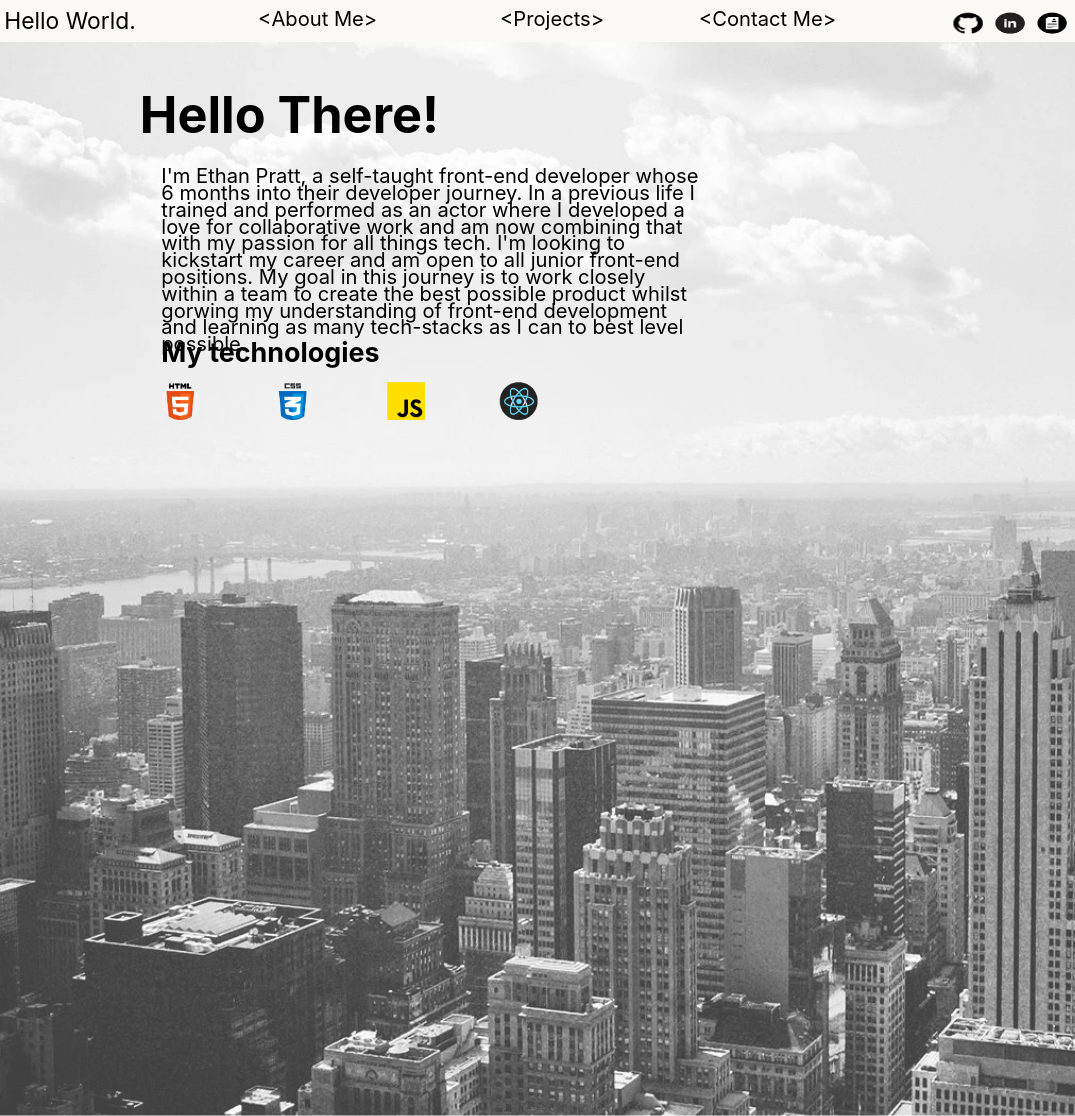
Repository: ghend99/website_ethan_pratt
Page: /about
These files come from the project's save history. The page is drawn as it stood at one moment and after the next save; the edit follows.
The browser window is 1280 px wide. The pictures show the whole page, at 84% of full size.
The project was rebuilt for these pictures with package versions that can differ from the ones it lists, and the page was loaded fresh each time. Also part of the build but not shown: src/pages/home.js, src/pages/project.js, src/css/contact.css, src/pages/contact.js.

Above is the page before, as saved 2023-04-03 12:10:06.

### public/index.html
<!DOCTYPE html>
<html lang="en">
  <head>
    <meta charset="utf-8" />
    <link rel="icon" href="%PUBLIC_URL%/favicon.ico" />
    <meta name="viewport" content="width=device-width, initial-scale=1" />
    <meta name="theme-color" content="#000000" />
    <meta
      name="description"
      content="Web site created using create-react-app"
    />
    <link rel="apple-touch-icon" href="%PUBLIC_URL%/logo192.png" />
    <!--
      manifest.json provides metadata used when your web app is installed on a
      user's mobile device or desktop. See https://developers.google.com/web/fundamentals/web-app-manifest/
    -->
    <link rel="manifest" href="%PUBLIC_URL%/manifest.json" />
    <!--
      Notice the use of %PUBLIC_URL% in the tags above.
      It will be replaced with the URL of the `public` folder during the build.
      Only files inside the `public` folder can be referenced from the HTML.

      Unlike "/favicon.ico" or "favicon.ico", "%PUBLIC_URL%/favicon.ico" will
      work correctly both with client-side routing and a non-root public URL.
      Learn how to configure a non-root public URL by running `npm run build`.
    -->
    <title>Ethan Pratt | Junior Front-End Developer</title>
  </head>
  <body>
    <noscript>You need to enable JavaScript to run this app.</noscript>
    <div id="root"></div>
    <!--
      This HTML file is a template.
      If you open it directly in the browser, you will see an empty page.

      You can add webfonts, meta tags, or analytics to this file.
      The build step will place the bundled scripts into the <body> tag.

      To begin the development, run `npm start` or `yarn start`.
      To create a production bundle, use `npm run build` or `yarn build`.
    -->
  </body>
</html>

### src/App.js
import { BrowserRouter as Router, Routes, Route } from "react-router-dom";
import { Home } from "./pages/home";
import { About } from "./pages/about.js";
import { Project } from "./pages/project.js";
import { Contact } from "./pages/contact.js";

function App() {
  return (
    <div className="App">
      <Router>
        <Routes>
          <Route path="/" element={<Home />} />
          <Route path="/projects" element={<Project />} />
          <Route path="/about" element={<About />} />
          <Route path="/contact" element={<Contact />} />
        </Routes>
      </Router>
    </div>
  );
}

export default App;

### src/pages/about.js
import "../css/about.css";
import { Header } from "../components/header.js";
import html from "../images/html.png";
import css from "../images/css.png";
import javascript from "../images/javascript.png";
import react from "../images/react.png";

export const About = () => {
  return (
    <div className="bg">
      <Header />
      <div className="about-container">
        {/* Infomration Container */}
        <div className="info-container">
          <section className="about">
            <h1 className="about-header">Hello There!</h1>
            <p className="about-paragraph">
              I'm Ethan Pratt, a self-taught front-end developer whose 6 months
              into their developer journey. In a previous life I trained and
              performed as an actor where I developed a love for collaborative
              work and am now combining that with my passion for all things
              tech. I'm looking to kickstart my career and am open to all junior
              front-end positions. My goal in this journey is to work closely
              within a team to create the best possible product whilst gorwing
              my understanding of front-end development and learning as many
              tech-stacks as I can to best level possible.
            </p>
          </section>
        </div>

        {/* Technology Container */}
        <div id="technology-container">
          <h2 className="technology-header">My technologies</h2>
          <img
            className="stack-html"
            id="stack-icon"
            src={html}
            alt="html logo"
          />
          <img className="stack-css" id="stack-icon" src={css} alt="css-logo" />
          <img
            className="stack-javascript"
            id="stack-icon"
            src={javascript}
            alt="javascript-logo"
          />
          <img
            className="stack-react"
            id="stack-icon"
            src={react}
            alt="react-logo"
          />
        </div>
      </div>
    </div>
  );
};

### src/components/header.js
import React, { useState } from "react";
import { Link } from "react-router-dom";
import "../css/header.css";
import github from "../images/github.png";
import linkedin from "../images/linkedin.png";
import resume from "../images/resume.png";
import menu from "../images/menu.png";

export const Header = () => {
  return (
    <div className="header-container">
      <Link className="header-title" to="/">
        Hello World.
      </Link>
      <Link id="header-nav" className="header-projects" to="/projects">
        &lt;Projects&gt;
      </Link>
      <Link id="header-nav" className="header-about" to="/about">
        &lt;About Me&gt;
      </Link>
      <Link id="header-nav" className="header-contact" to="/contact">
        &lt;Contact Me&gt;
      </Link>
      <a href="https://github.com/ghend99" target={"_blank"}>
        <img id="header-socials" className="header-github" src={github} />
      </a>
      <a href="https://www.linkedin.com/in/ethanapratt/" target={"_blank"}>
        <img id="header-socials" className="header-linkedin" src={linkedin} />
      </a>
      <a
        href="https://acrobat.adobe.com/link/review?uri=urn:aaid:scds:US:74a2b676-94fc-39cd-90a1-4f5be50c7792"
        target={"_blank"}
      >
        <img id="header-socials" className="header-resume" src={resume} />
      </a>

      <div className="header-socials-list">
        <a href="https://github.com/ghend99" target={"_blank"}>
          <p className="header-socials-text">Github</p>
        </a>
        <a href="https://www.linkedin.com/in/ethanapratt/" target={"_blank"}>
          <p className="header-socials-text">LinkedIn</p>
        </a>
        <a href="https://www.linkedin.com/in/ethanapratt/" target={"_blank"}>
          <p className="header-socials-text">Resume</p>
        </a>
      </div>
    </div>
  );
};

### src/css/home.css
@import url("https://fonts.googleapis.com/css2?family=Bitter&display=swap");

#center-container {
  position: relative;
  max-width: 25%;
  min-width: 500px;
  height: 20%;
  border-bottom: solid;
  /* background-color: aqua; */
  margin-left: auto;
  margin-right: auto;
  top: 10%;
  text-align: center;
  padding: 70px 0;
}

.home-name {
  top: 0;
  font-size: 50px;
  font-weight: bold;
}

.home-job-title {
  font-size: 32px;
  font-family: "Bitter";
}

.home-resume,
.home-github,
.home-linkedin {
  position: absolute;
  bottom: -50px;
  text-decoration: none;
  color: black;
  font-size: 20px;
  font-weight: bold;
  height: 50px;
  padding-bottom: 10px;
}

.home-resume:hover,
.home-github:hover,
.home-linkedin:hover {
  border-bottom: solid;
}

.home-github {
  left: 0;
}

.home-linkedin {
  left: 45%;
}

.home-resume {
  right: 0;
}

### src/css/about.css
.about-container {
  position: relative;
  max-width: 100%;
  min-width: 600px;
  max-height: 100%;
  min-height: 550px;
  /* background-color: lightyellow; */
}

.info-container {
  position: relative;
  max-width: 100%;
  min-width: 530px;
  max-height: 100%;
  min-height: 420px;
  top: 50px;
  /* background-color: lightgreen; */
}

.about-header {
  position: absolute;
  /* display: inline-block; */
  left: 13%;
  margin: 0;
  font-size: 60px;
}

.about-paragraph {
  position: absolute;
  top: 100px;
  left: 15%;
  max-width: 50%;
  min-width: 40%;
  margin: 0;
  font-size: 24px;
  line-height: 20px;
}

#technology-container {
  position: relative;
  bottom: 70px;
  max-width: 70%;
  min-width: 40%;
  max-height: 100%;
  min-height: 150px;
  left: 15%;
  margin: 0;
  /* background-color: lightblue; */
}

.technology-header {
  position: absolute;
  margin: 0;
  font-size: clamp(2rem, 1vw, 4rem);
}

#stack-icon {
  position: absolute;
  top: 55px;
  width: 5%;
}

.stack-html {
  left: 0;
}

.stack-css {
  left: 15%;
}

.stack-javascript {
  left: 30%;
}

.stack-react {
  left: 45%;
}

@media screen and (min-width: 0) and (max-width: 1230px) {
  #technology-container {
    top: 20px;
  }
}

@media screen and (min-width: 0) and (max-width: 970px) {
  #technology-container {
    top: 80px;
  }
}

@media screen and (min-width: 0) and (max-width: 724px) {
  #technology-container {
    top: 100px;
  }
}

@media screen and (min-width: 0) and (max-width: 705px) {
  #technology-container {
    top: 120px;
  }
}

### src/css/header.css
@import url("https://fonts.googleapis.com/css2?family=Bitter&display=swap");

.header-socials-text {
  color: black;
  text-decoration: none;
  border-bottom: none;
}

.header-container {
  position: relative;
  display: flex;
  flex-direction: row;
  max-width: 100%;
  min-width: 530px;
  max-height: 200px;
  min-height: 50px;
  background-color: #faf9f6;
  /* padding-top: 20px; */
}

.header-title {
  position: absolute;
  left: 5px;
  margin: 0;
  margin-right: clamp(20px, 50px, 30px);
  font-size: clamp(1rem, 4vw, 1.7rem);
  top: 8px;
  text-decoration: none;
  color: black;
}

#header-nav {
  position: absolute;
  display: flex;
  font-size: clamp(1rem, 4vw, 1.5rem);
  margin: 0;
  margin-right: clamp(20px, 50px, 30px);
  top: 8px;
}

.header-projects {
  left: clamp(30%, 46.5%, 60%);
  text-decoration: none;
  color: black;
}

.header-about {
  margin: 0;
  margin-left: 50px;
  margin-right: 100px;
  left: clamp(5px, 24%, 55%);
  text-decoration: none;
  color: black;
}

.header-contact {
  left: clamp(20%, 65%, 70%);
  text-decoration: none;
  color: black;
}

#header-socials {
  max-width: 11%;
  min-width: 35px;
  max-height: 50%;
  min-height: 10px;
  top: 15px;
  cursor: pointer;
}

#header-nav:hover {
  border-bottom: solid;
}

.header-github {
  position: absolute;
  right: clamp(10px, 12%, 110px);
}

.header-linkedin {
  position: absolute;
  right: clamp(5px, 10%, 60px);
}

.header-resume {
  position: absolute;
  right: clamp(10px, 10%, 10px);
}

.bg {
  position: relative;
  max-width: 100%;
  min-width: 650px;
  height: 100vh;
  min-height: 83rem;
  background-size: cover;
  background-repeat: no-repeat;
  background-position: center center;
}

.bg::before {
  content: "";
  background-image: url(../images/background-image.jpg);
  background-size: cover;
  position: absolute;
  top: 0px;
  right: 0px;
  bottom: 0px;
  left: 0px;
  opacity: 0.75;
}

.header-socials-list {
  position: absolute;
  right: 10px;
  top: 50px;
  font-size: 12px;
  font-weight: bold;
  font-family: "Bitter";
  color: black;
  opacity: 0;
  transition: all 0.2s;
}

@media screen and (min-width: 0) and (max-width: 1028px) {
  #header-socials {
    display: none;
  }

  .header-socials-list {
    opacity: 1;
  }
}

@media screen and (min-width: 0) and (max-width: 612px) {
  #header-nav {
    top: 13px;
    font-size: 22px;
  }

  .header-socials-menu {
    top: 15px;
    right: 10px;
    width: 20px;
    height: 20px;
  }
}

@media screen and (min-width: 0) and (max-width: 554px) {
  #header-nav {
    font-size: 20px;
  }

  .header-title {
    top: 15px;
    font-size: 16px;
  }
}

### src/css/project.css
@import url("https://fonts.googleapis.com/css2?family=Bitter&display=swap");

#projects-container {
  position: absolute;
  display: grid;
  grid-template-columns: 1fr 1fr 1fr;
  grid-template-rows: 3fr;
  max-width: 80%;
  min-width: 70%;
  max-height: 400vh;
  min-height: 150px;
  background-color: blue;
  /* opacity: 0.7; */
  left: 10%;
  top: 10%;
}

#single-project {
  position: relative;
  max-width: 100%;
  max-height: 600px;
  min-height: clamp(30%, 450px, 800px);
  border: solid;
  text-align: center;
  background-color: #faf9f6;
}

.project-name {
  font-family: "Bitter";
  font-size: clamp(18px, 24px, 30px);
}

#project-image {
  position: relative;
  max-width: 80%;
  max-height: 75%;
  min-height: 20%;
  top: -10px;
  margin-left: auto;
  margin-right: auto;
}

.image {
  width: 70%;
}

.project-footer {
  position: absolute;
  display: grid;
  grid-template-columns: 1fr 1fr 1fr;
  text-align: center;
  width: 100%;
  height: 6%;
  bottom: 0;
}

.source-link,
.source-demo,
.project-info {
  position: absolute;
  text-decoration: none;
  color: black;
  font-size: clamp(0.8rem, 0.5vw, 0.8rem);
  font-weight: bold;
  height: 20px;
  cursor: pointer;
}

.source-link {
  left: 5px;
}

.source-demo {
  right: 5px;
}

#project-information {
  font-size: 14px;
}

.source-link:hover,
.source-demo:hover,
.project-info:hover {
  border-bottom: solid;
}

@media screen and (min-width: 0) and (max-width: 1028px) {
  #project-container {
    grid-template-columns: 1fr 1fr 1fr;
  }

  #single-project {
    height: 50%;
  }

  .project-footer {
    grid-template-rows: 0.5fr;
    bottom: 0;
  }

  .source-link,
  .source-demo,
  .project-info {
    font-size: 10px;
    font-weight: bold;
  }

  .source-link {
    margin: 0;
  }

  .source-demo {
    margin: 0;
    right: 7px;
  }

  .project-info {
    margin: 0;
    top: -4px;
  }
}

@media screen and (min-width: 0) and (max-width: 708px) {
  #projects-container {
    height: 20%;
  }

  .project-footer {
    bottom: 0;
  }

  .source-link,
  .source-demo,
  .project-info {
    font-size: 8px;
  }

  /* #single-project {
    min-height: 300px;
  } */
}

Loaded but not shown: src/index.js (common file); src/index.css (common file)

After the next save:
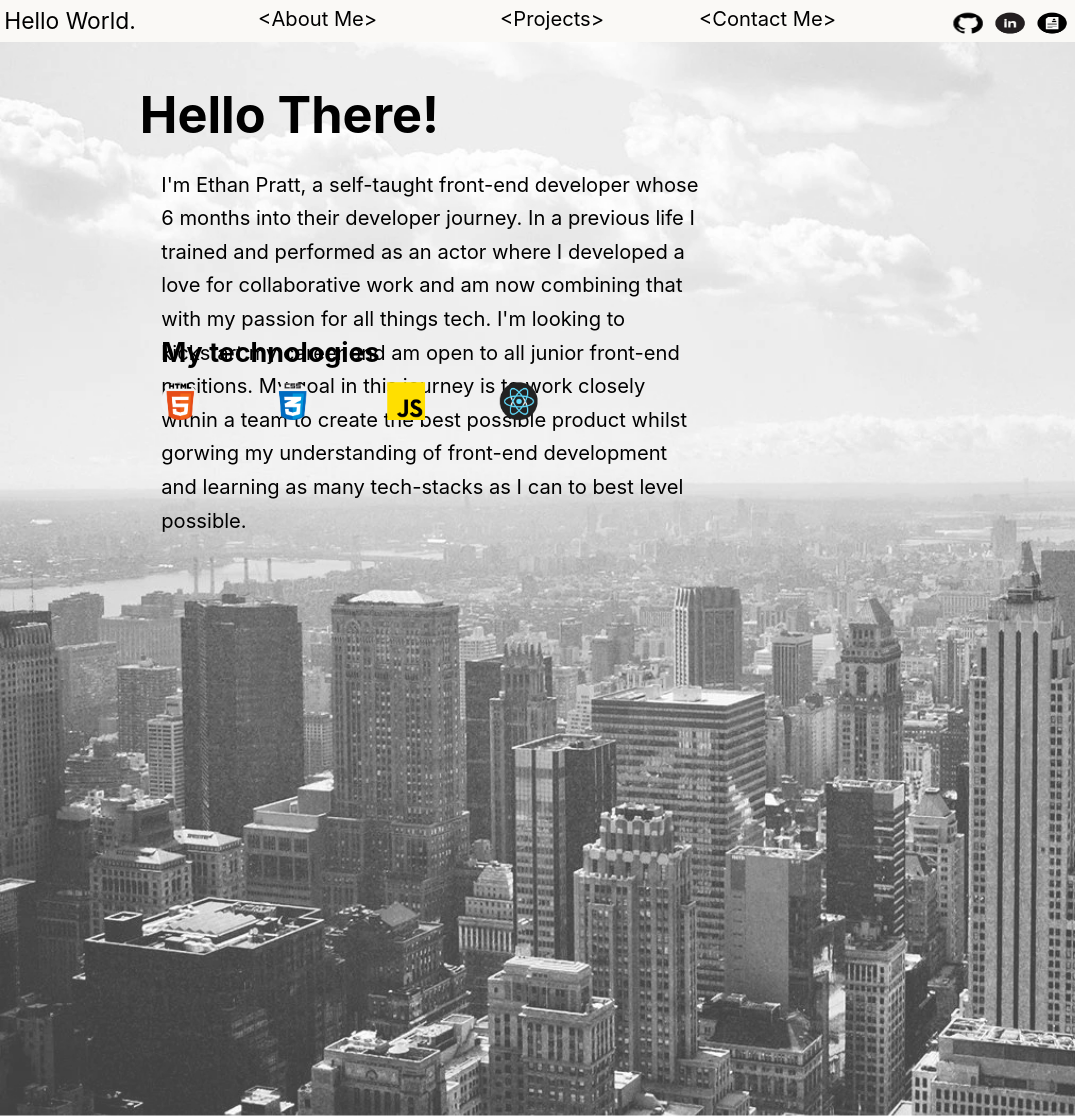
Saved 4 s later.
--- a/src/css/about.css
+++ b/src/css/about.css
@@ -33,7 +33,7 @@
   min-width: 40%;
   margin: 0;
   font-size: 24px;
-  line-height: 20px;
+  line-height: 40px;
 }
 
 #technology-container {
